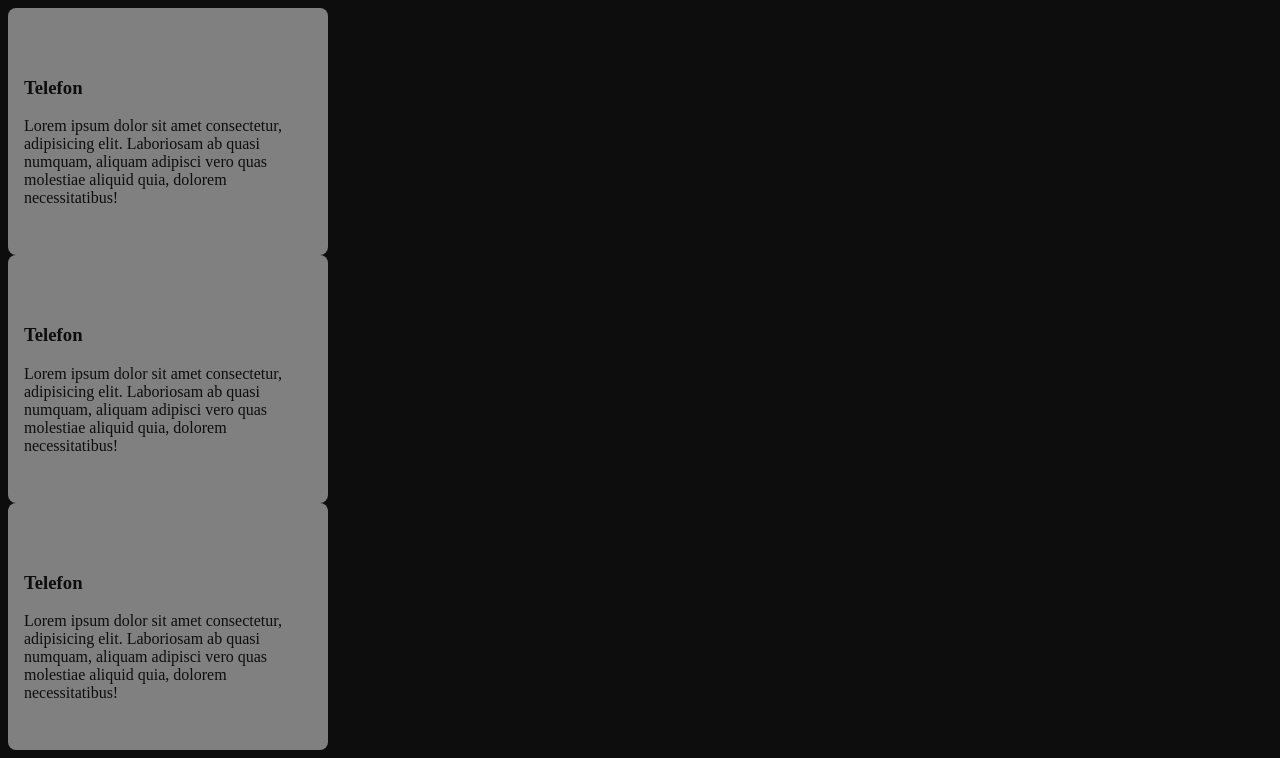
Repository: liviamucioniu/Coffee-Shop-Website
Page: index.html
An editor plug-in stored every save of this project. The page is shown before and after the next save, followed by the edit.
The browser window is 1280 px wide. The pictures show the whole page.

Above is the page before, as saved 2023-10-19 23:38:08.

After the next save:
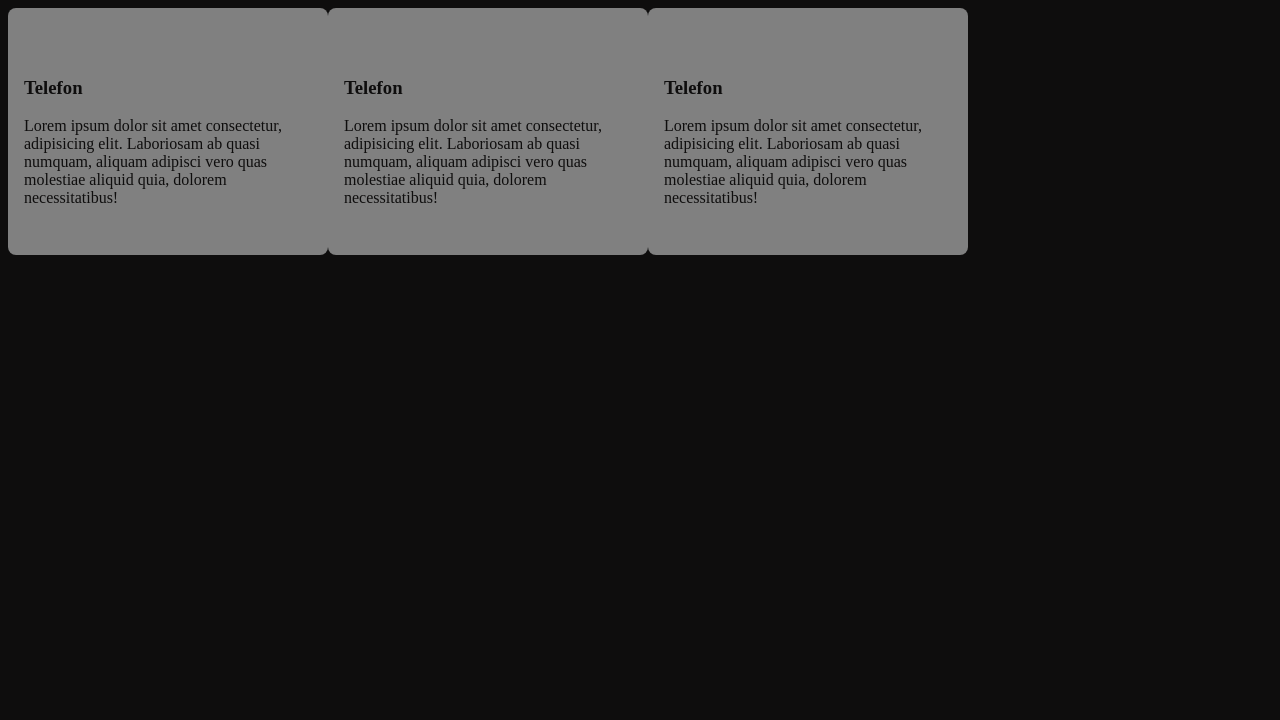
Saved 35 s later.
--- a/styles.css
+++ b/styles.css
@@ -13,3 +13,7 @@ body {
 .product-image {
     max-width: 100%;
 }
+
+#product-list {
+    display: flex;
+}
